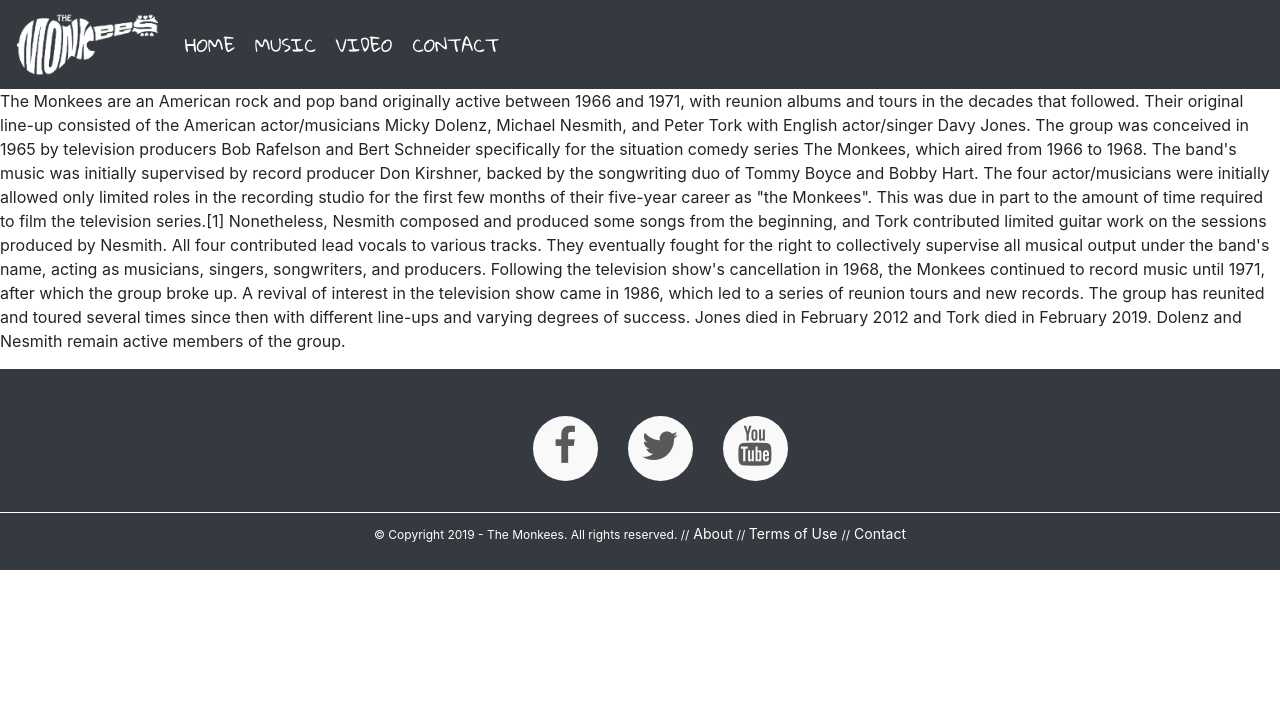
Repository: Code-Institute-Submissions/the_monkees-3
Page: about.html
The author's editor kept a record of every edit. The page is drawn from the files as they stood at one moment, then again after the next edit.
The browser window is 1280 px wide. The pictures show the whole page.
Some web libraries are served in a nearby version.

Above is the page before.

### about.html
<!DOCTYPE html>
<html lang="en">
<head>
    <meta charset="UTF-8">
    <meta name="viewport" content="width=device-width, initial-scale=1.0">
    <meta http-equiv="X-UA-Compatible" content="ie=edge">
    <script type="text/javascript" src="https://cdnjs.cloudflare.com/ajax/libs/jquery/2.1.3/jquery.min.js"></script>
    <script type="text/javascript" src="https://stackpath.bootstrapcdn.com/bootstrap/4.3.1/js/bootstrap.min.js"></script>
    <link rel="stylesheet" href="https://stackpath.bootstrapcdn.com/bootstrap/4.3.1/css/bootstrap.min.css" type="text/css" />
    <link rel="stylesheet" href="https://stackpath.bootstrapcdn.com/font-awesome/4.7.0/css/font-awesome.min.css" type="text/css" />
    <link rel="stylesheet" href="assets/css/style.css" type="text/css" />
    <title>Home|The Monkees</title>
</head>
<body>
  <header>
<!--------------------Navigation-->
    <nav class="navbar navbar-expand-sm bg-dark navbar-dark stroke">
      <a class="navbar-brand" href="index.html">
        <img src="assets/image/LOGO.png" id="logo-transparent" alt="logo" style="width:143px;">
      </a>
      <button type="button" class="navbar-toggler" data-toggle="collapse" data-target="#navbarCollapse">
        <span class="navbar-toggler-icon"></span>
      </button>

    <div class="collapse navbar-collapse" id="navbarCollapse">
      <ul class="navbar-nav">
        <li class="nav-item">
          <a class="nav-link " id="navbar-select-color" href="index.html">Home</a>
        </li>

        <li class="nav-item">
          <a class="nav-link" id="navbar-select-color" href="music.html">Music</a>
        </li>
        <li class="nav-item">
          <a class="nav-link" id="navbar-select-color" href="video.html">Video</a>
        </li>
        <li class="nav-item">
          <a class="nav-link" id="navbar-select-color" href="contact.html">Contact</a>
        </li>
      </ul>
    </div>
    </nav>
  </header>
  <section>
    <div class="biography">
      <p>The Monkees are an American rock and pop band originally active between 1966 and 1971, with reunion albums and tours in the decades that followed.
      Their original line-up consisted of the American actor/musicians Micky Dolenz, Michael Nesmith, and Peter Tork with English actor/singer Davy Jones.
      The group was conceived in 1965 by television producers Bob Rafelson and Bert Schneider specifically for the situation comedy series The Monkees, which aired from 1966 to 1968.
      The band's music was initially supervised by record producer Don Kirshner, backed by the songwriting duo of Tommy Boyce and Bobby Hart.

The four actor/musicians were initially allowed only limited roles in the recording studio for the first few months of their five-year career as "the Monkees".
This was due in part to the amount of time required to film the television series.[1] Nonetheless, Nesmith composed and produced some songs from the beginning, and Tork contributed limited guitar work on the sessions produced by Nesmith.
All four contributed lead vocals to various tracks. They eventually fought for the right to collectively supervise all musical output under the band's name, acting as musicians, singers, songwriters, and producers.

Following the television show's cancellation in 1968, the Monkees continued to record music until 1971, after which the group broke up.
A revival of interest in the television show came in 1986, which led to a series of reunion tours and new records.
The group has reunited and toured several times since then with different line-ups and varying degrees of success.
Jones died in February 2012 and Tork died in February 2019. Dolenz and Nesmith remain active members of the group. </p>
    </div>


  </section>

<footer class="mainfooter bg-dark " role="contentinfo">
  <div class="footer-middle">
      <ul class="social-network social-circle">
             <li><a href="https://www.facebook.com/" class="icoFacebook" title="Facebook"><i class="fa fa-facebook"></i></a></li>
             <li><a href="https://twitter.com/" class="icoTwitter" title="Twitter"><i class="fa fa-twitter"></i></a></li>
             <li><a href="https://www.youtube.com" class="icoYoutube" title="Youtube"><i class="fa fa-youtube"></i></a></li>

      </ul>
	<div class="col-md-12 copy">
			<p class="text-center">&copy; Copyright 2019 - The Monkees.  All rights reserved. //<a href="about.html"> About </a> // <a href="terms_of_use.html"> Terms of Use </a> //<a href="contact.html"> Contact </a></p>

	</div>
  </div>
</footer>

</body>
</html>

Loaded but not shown: assets/css/style.css (1003 lines, source omitted)

After the next edit:
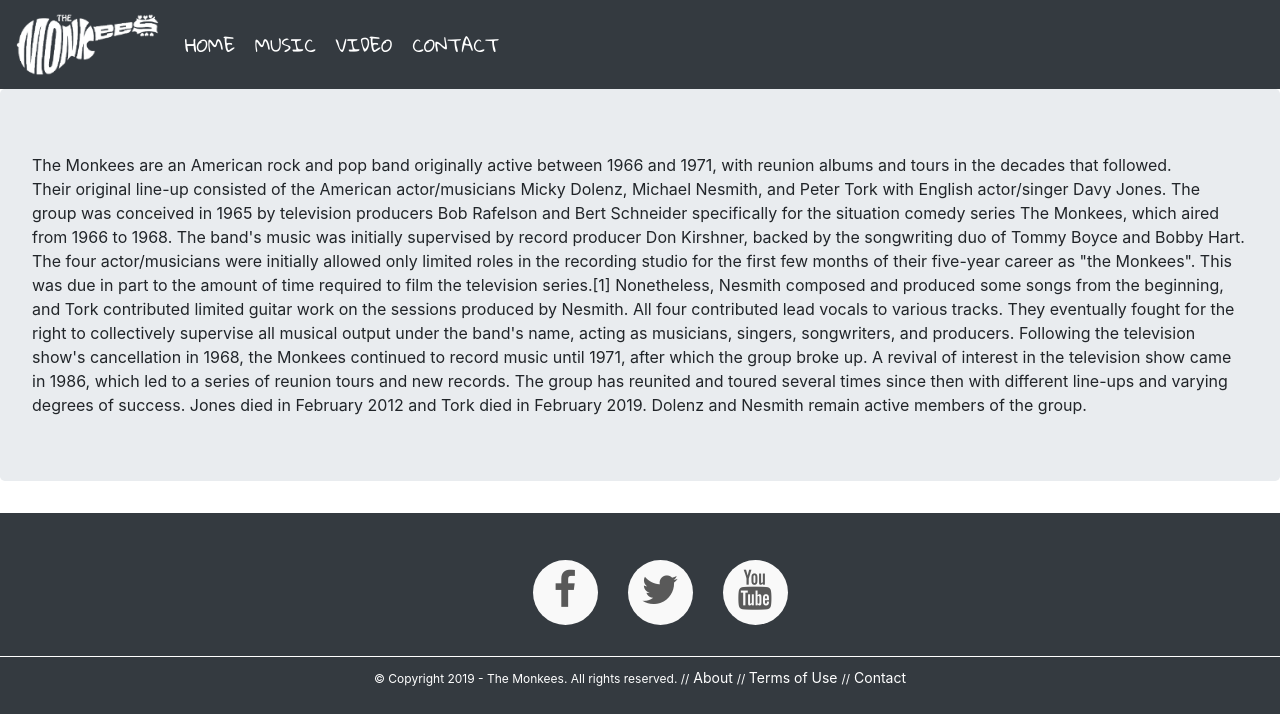
The edit:
--- a/about.html
+++ b/about.html
@@ -42,9 +42,9 @@
     </nav>
   </header>
   <section>
-    <div class="biography">
-      <p>The Monkees are an American rock and pop band originally active between 1966 and 1971, with reunion albums and tours in the decades that followed.
-      Their original line-up consisted of the American actor/musicians Micky Dolenz, Michael Nesmith, and Peter Tork with English actor/singer Davy Jones.
+    <div class="biography jumbo">
+      <p class="jumbotron">The Monkees are an American rock and pop band originally active between 1966 and 1971, with reunion albums and tours in the decades that followed.
+      <br>Their original line-up consisted of the American actor/musicians Micky Dolenz, Michael Nesmith, and Peter Tork with English actor/singer Davy Jones.
       The group was conceived in 1965 by television producers Bob Rafelson and Bert Schneider specifically for the situation comedy series The Monkees, which aired from 1966 to 1968.
       The band's music was initially supervised by record producer Don Kirshner, backed by the songwriting duo of Tommy Boyce and Bobby Hart.
 
